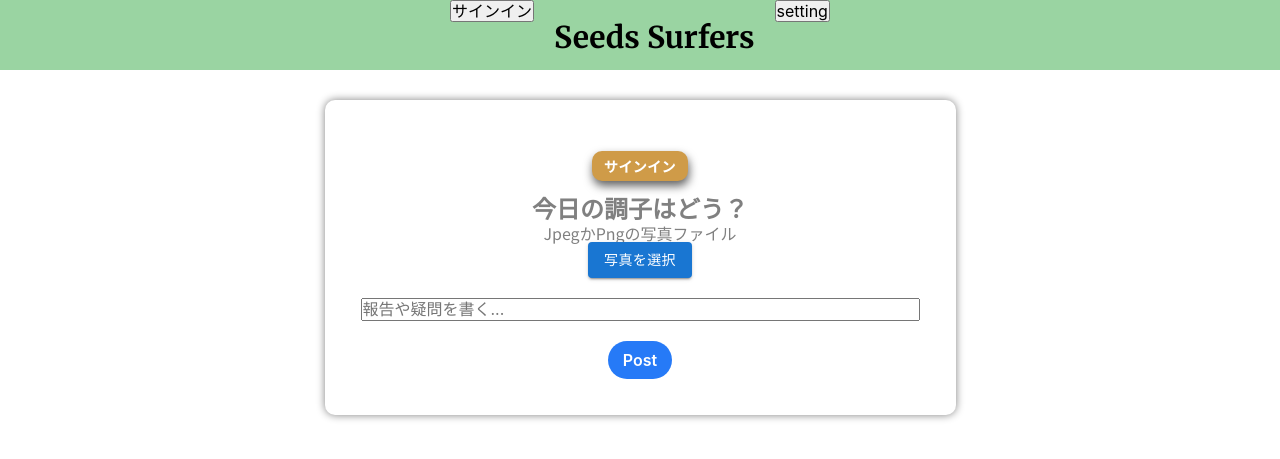
Repository: Seiya00002/seeds_surfers_react_sns
Page: /
These files come from the project's save history. The page is drawn as it stood at one moment and after a run of saves; the edit follows.
The browser window is 1280 px wide. The pictures show the whole page.
The page's requests for data from a server got no answer. The project was rebuilt for these pictures with package versions that can differ from the ones it lists, and the page was loaded fresh each time. No one was signed in, and anything a server would have sent is missing. Also part of the build but not shown: src/Components/Post.css, src/Components/Post.tsx, src/Components/Account.tsx, src/Components/SignIn.css, src/Components/SignIn.tsx.

Above is the page before, as saved 2023-08-29 08:40:22.

After the next 4 saves:
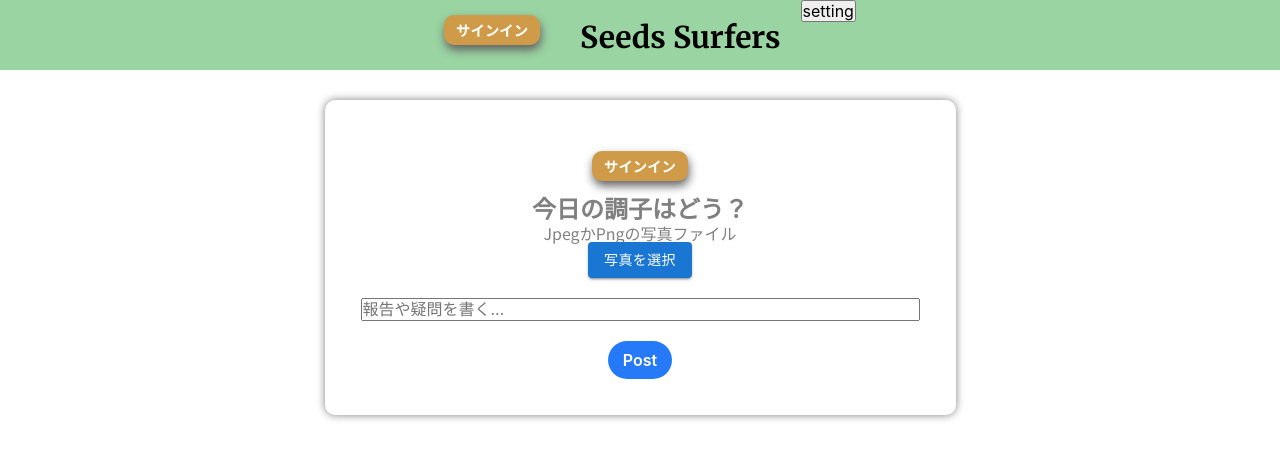
The 4 saves are shown as one change because 3 did not build or start.
The last was saved 6 min 6 s later.
--- a/src/Header.tsx
+++ b/src/Header.tsx
@@ -1,19 +1,25 @@
 import React from "react";
 import { Link } from "react-router-dom";
+import { useContext } from "react";
 import { AuthProvider } from './AuthContext';
+import { useAuthState } from 'react-firebase-hooks/auth';
+import { auth, provider } from './firebase';
+
 import './Header.css';
 
 function Header() {
+    const [user] = useAuthState(auth);
+
     return(
         <AuthProvider>
             <div className="header">
-                <Link to="/signin">
-                <button
-                className="signinButton"
-                >
-                    サインイン
-                </button>
-                </ Link>
+            <div className="userInfo">
+                {user ? (
+                    <SignOutButton />
+                ) : (
+                    <SignInButton />
+                )}
+            </div>
                 <h2>Seeds Surfers</h2>
                 {/* <h3>Produced by cova.amigo</h3> */}
                 <Link to="/account">
@@ -29,3 +35,35 @@ function Header() {
 }
 
 export default Header;
+
+function SignInButton() {
+
+
+    return (
+        <>
+            <Link to="/signin">
+            <button
+                className="signin-button"
+            >
+                <p>サインイン</p>
+            </button>
+            </Link>
+        </>
+    );
+}
+
+function SignOutButton() {
+    const { signOut } = useContext(AuthContext);
+
+    return (
+        <button
+            className="signout-button"
+            onClick={ async () => {
+                await auth.signOut()
+                signOut();
+            }}
+        >
+            <p>サインアウト</p>
+        </button>
+    );
+}
